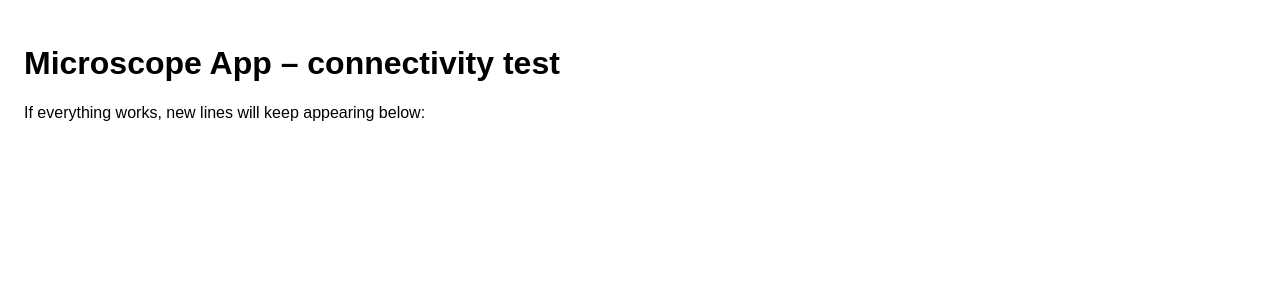
Repository: thejsx/Pathology-AI-Assistant
Page: / (app in frontend/)
These files come from the project's save history. The page is drawn as it stood at one moment and after the next save; the edit follows.
The browser window is 1280 px wide. The pictures show the whole page.
The page's requests for data from a server got no answer. The project was rebuilt for these pictures with package versions that can differ from the ones it lists, and the page was loaded fresh each time. No one was signed in, and anything a server would have sent is missing. Also part of the build but not shown: frontend/vite.config.js.

Above is the page before, as saved 2025-06-07 18:05:21.

After the next save:
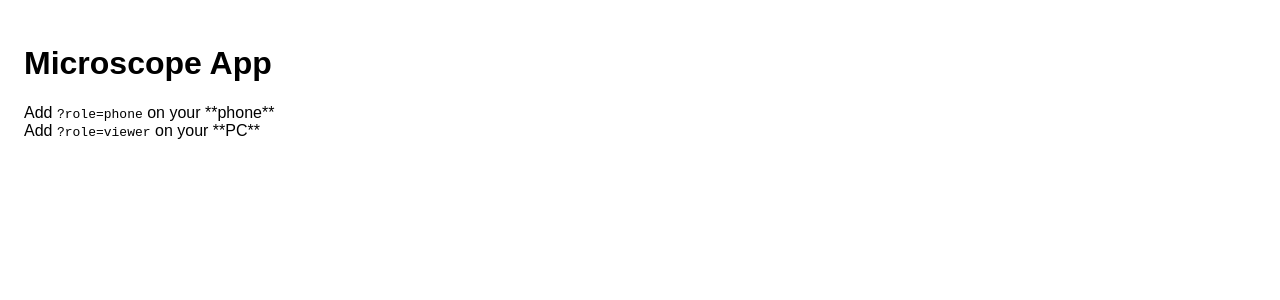
Saved 2 min 53 s later.
--- a/frontend/src/App.jsx
+++ b/frontend/src/App.jsx
@@ -1,42 +1,18 @@
-import React, { useEffect, useRef, useState } from "react";
 
-function App() {
-  const wsRef = useRef(null);
-  const [messages, setMessages] = useState([]);
+import Phone from "./Phone.jsx";
+import Viewer from "./Viewer.jsx";
 
-  useEffect(() => {
-    // Connect to the FastAPI WebSocket
-    wsRef.current = new WebSocket(`ws://${location.host.replace("3000", "8000")}/ws`);
-
-    wsRef.current.onmessage = (event) => {
-      const data = JSON.parse(event.data);
-      setMessages((prev) => [...prev, data.text]);   // display any message we receive
-    };
-
-    return () => wsRef.current.close();
-  }, []);
-
-  // Send a hard-coded ping every 3 s
-  useEffect(() => {
-    const id = setInterval(() => {
-      if (wsRef.current?.readyState === 1) {
-        wsRef.current.send(JSON.stringify({ text: "hello from " + navigator.userAgent }));
-      }
-    }, 3000);
-    return () => clearInterval(id);
-  }, []);
-
+export default function App() {
+  const role = new URLSearchParams(location.search).get("role");
+  if (role === "phone") return <Phone />;
+  if (role === "viewer") return <Viewer />;
   return (
-    <div style={{fontFamily:"sans-serif",padding:"1rem"}}>
-      <h1>Microscope App – connectivity test</h1>
-      <p>If everything works, new lines will keep appearing below:</p>
-      <pre>
-        {messages.map((m, i) => (
-          <div key={i}>{m}</div>
-        ))}
-      </pre>
+    <div style={{ fontFamily: "sans-serif", padding: "1rem" }}>
+      <h1>Microscope App</h1>
+      <p>
+        Add <code>?role=phone</code> on your **phone**<br />
+        Add <code>?role=viewer</code> on your **PC**
+      </p>
     </div>
   );
 }
-
-export default App;
